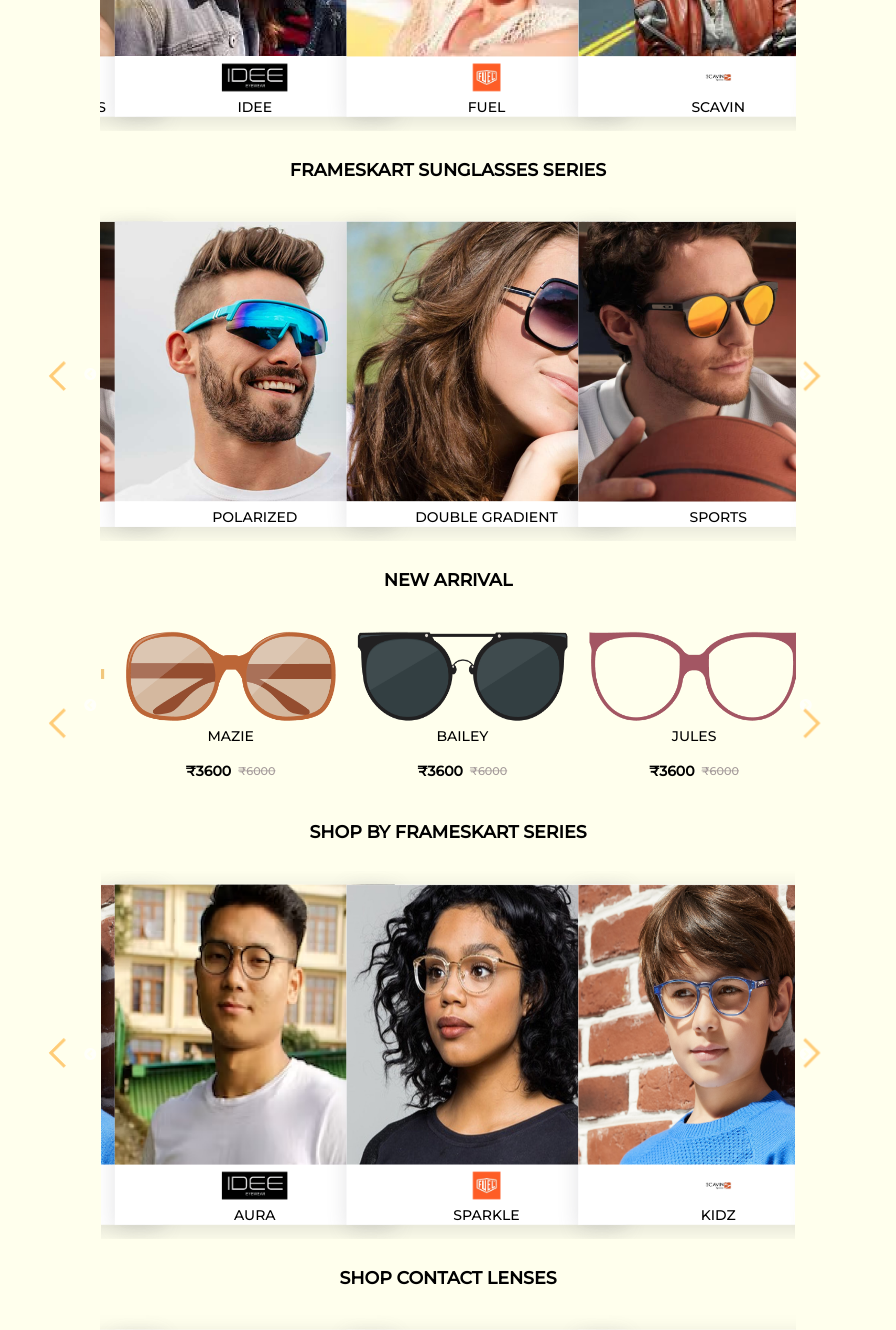
Repository: FlyweisReact/Frameskart
Page: /
An editor plug-in stored every save of this project. The page is shown before and after a run of saves, followed by the edit.
The browser window is 1280 px wide. The pictures show the part of the page from y = 2884 to 4784 px (the page is 12683 px tall), at 70% of full size.
Pictures or frames that could not be fetched are drawn as grey boxes. The project was rebuilt for these pictures with package versions that can differ from the ones it lists, and the page was loaded fresh each time.

Above is the page before, as saved 2023-10-21 18:18:21.

After the next 6 saves:
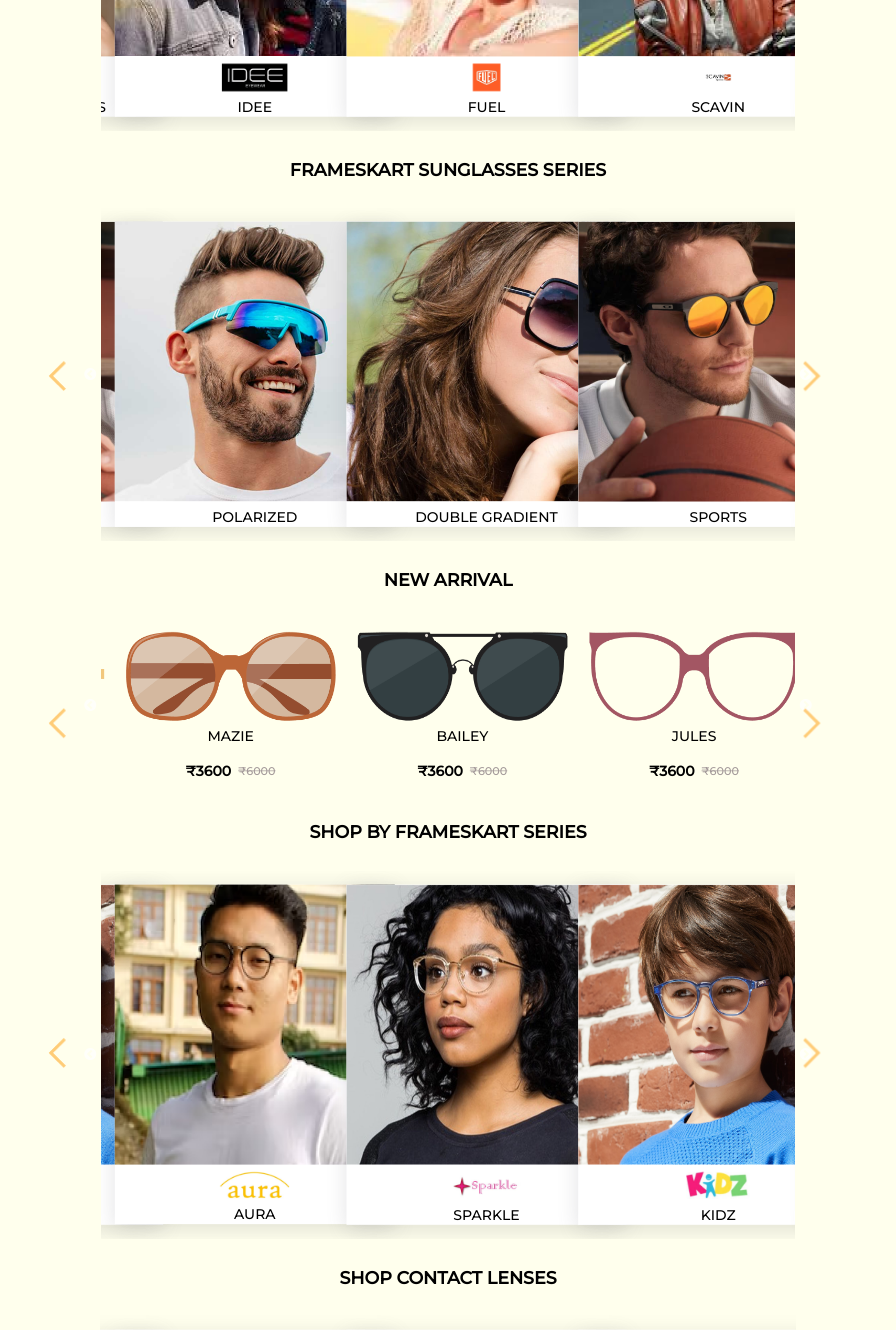
The 6 saves are shown as one change because they came seconds apart.
The last was saved 38 s later.
--- a/src/Screen/Home.js
+++ b/src/Screen/Home.js
@@ -192,18 +192,33 @@
     {
       name: "AURA",
       img: "/Image/46.png",
-      logo: "/Image/23.png",
+      logo: "/Image/49.png",
     },
     {
       name: "SPARKLE",
       img: "/Image/47.png",
-      logo: "/Image/24.png",
+      logo: "/Image/50.png",
     },
     {
       name: "KIDZ",
       img: "/Image/48.png",
-      logo: "/Image/25.png",
-    }
+      logo: "/Image/51.png",
+    },
+    {
+      name: "AURA",
+      img: "/Image/46.png",
+      logo: "/Image/49.png",
+    },
+    {
+      name: "SPARKLE",
+      img: "/Image/47.png",
+      logo: "/Image/50.png",
+    },
+    {
+      name: "KIDZ",
+      img: "/Image/48.png",
+      logo: "/Image/51.png",
+    },
   ];
 
   return (
